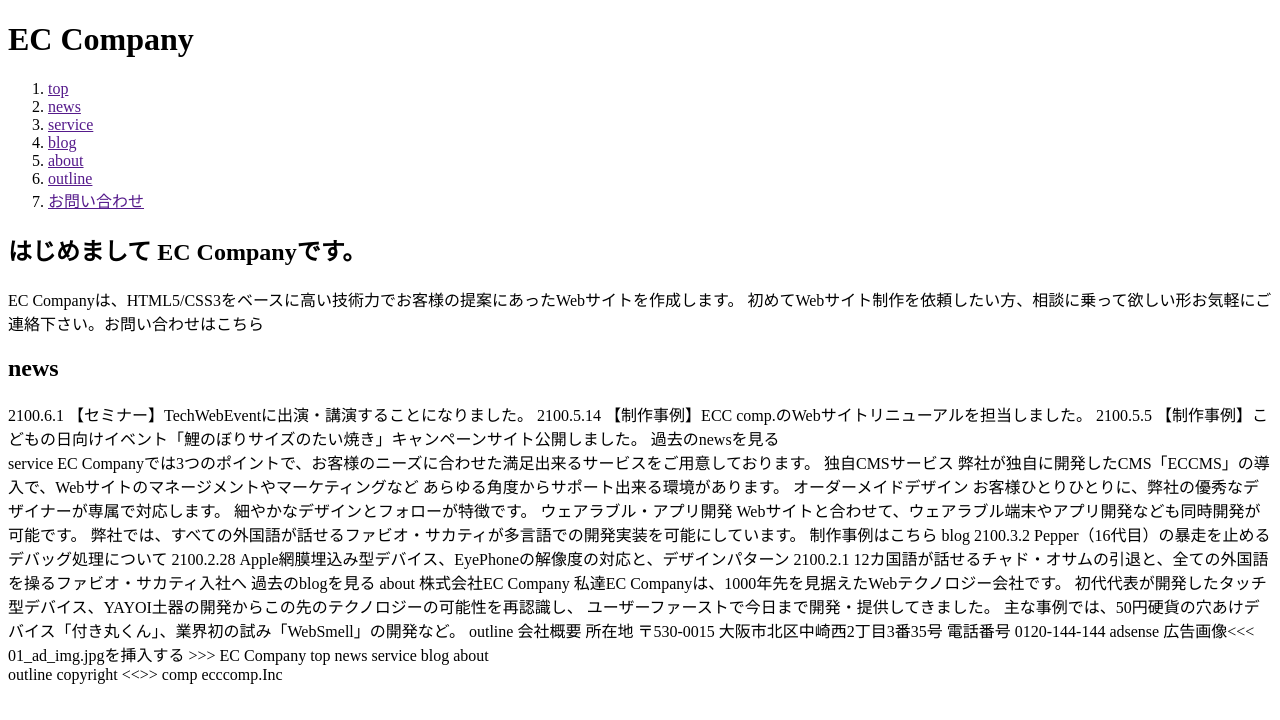
Repository: hsn320/html-practice
Page: html2/work01/work01.html
The author's editor kept a copy of each file at every save. The page is drawn from the files as they stood at one save, then again after the next save.
The browser window is 1280 px wide. The pictures show the whole page.

Above is the page before, as saved 2025-10-01 22:42:55.

### html2/work01/work01.html
<!DOCTYPE html>
<html lang="en">
<head>
    <meta charset="UTF-8">
    <meta name="viewport" content="width=device-width, initial-scale=1.0">
    <title>EC Company</title>
</head>
<body>
    <header>
        <h1>EC Company</h1>
        <nav>
            <ol>
                <li><a href="">top</a></li>
                <li><a href="">news</a></li>
                <li><a href="">service</a></li>
                <li><a href="">blog</a></li>
                <li><a href="">about</a></li>
                <li><a href="">outline</a></li>
                <li><a href="">お問い合わせ</a></li>
            </ol>
        </nav>
    </header>
    <main>
    <section>
        <h2>はじめまして EC Companyです。</h2>
        <p>
            EC Companyは、HTML5/CSS3をベースに高い技術力でお客様の提案にあったWebサイトを作成します。
            初めてWebサイト制作を依頼したい方、相談に乗って欲しい形お気軽にご連絡下さい。お問い合わせはこちら
        </p>
    </section>
    <section>
        <h2>news</h2>
        2100.6.1
        【セミナー】TechWebEventに出演・講演することになりました。
        2100.5.14
        【制作事例】ECC comp.のWebサイトリニューアルを担当しました。
        2100.5.5
        【制作事例】こどもの日向けイベント「鯉のぼりサイズのたい焼き」キャンペーンサイト公開しました。
        過去のnewsを見る
    </section>

    service
    EC Companyでは3つのポイントで、お客様のニーズに合わせた満足出来るサービスをご用意しております。
    独自CMSサービス

    弊社が独自に開発したCMS「ECCMS」の導入で、Webサイトのマネージメントやマーケティングなど あらゆる角度からサポート出来る環境があります。
    オーダーメイドデザイン

    お客様ひとりひとりに、弊社の優秀なデザイナーが専属で対応します。 細やかなデザインとフォローが特徴です。
    ウェアラブル・アプリ開発

    Webサイトと合わせて、ウェアラブル端末やアプリ開発なども同時開発が可能です。 弊社では、すべての外国語が話せるファビオ・サカティが多言語での開発実装を可能にしています。

    制作事例はこちら

    blog
    2100.3.2
    Pepper（16代目）の暴走を止めるデバッグ処理について
    2100.2.28
    Apple網膜埋込み型デバイス、EyePhoneの解像度の対応と、デザインパターン
    2100.2.1
    12カ国語が話せるチャド・オサムの引退と、全ての外国語を操るファビオ・サカティ入社へ

    過去のblogを見る

    about
    株式会社EC Company

    私達EC Companyは、1000年先を見据えたWebテクノロジー会社です。 初代代表が開発したタッチ型デバイス、YAYOI土器の開発からこの先のテクノロジーの可能性を再認識し、 ユーザーファーストで今日まで開発・提供してきました。 主な事例では、50円硬貨の穴あけデバイス「付き丸くん」、業界初の試み「WebSmell」の開発など。

    outline
    会社概要
    所在地
    〒530-0015 大阪市北区中崎西2丁目3番35号
    電話番号
    0120-144-144

    adsense
    広告画像<<< 01_ad_img.jpgを挿入する >>>

    EC Company
    top
    news
    service
    blog
    about
    </main>
outline

copyright <<<copyrightマークに差し替え>>> comp ecccomp.Inc
</body>
</html>

After the next save:
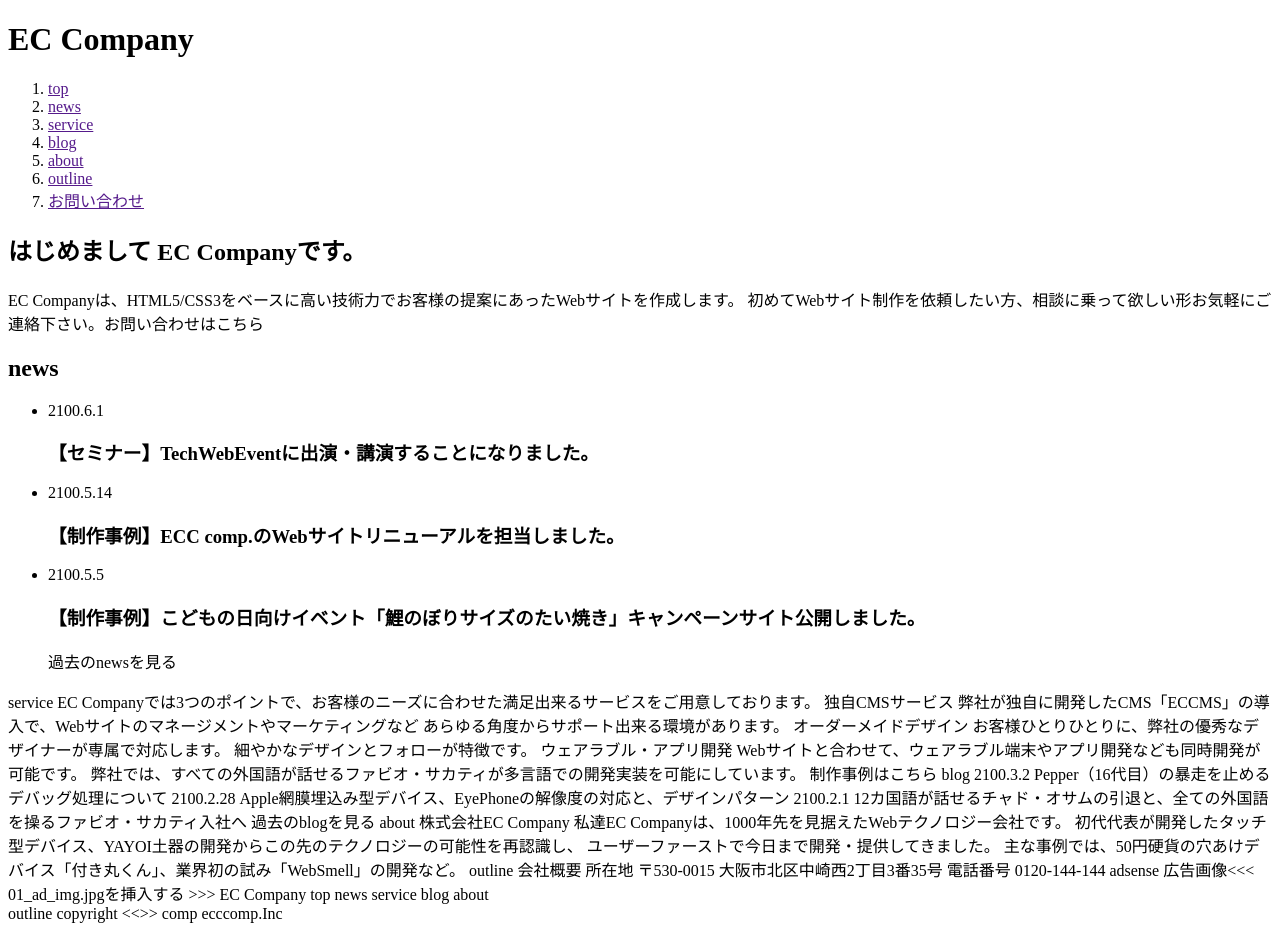
Saved 4 min 2 s later.
--- a/html2/work01/work01.html
+++ b/html2/work01/work01.html
@@ -30,13 +30,27 @@
     </section>
     <section>
         <h2>news</h2>
-        2100.6.1
-        【セミナー】TechWebEventに出演・講演することになりました。
-        2100.5.14
-        【制作事例】ECC comp.のWebサイトリニューアルを担当しました。
-        2100.5.5
-        【制作事例】こどもの日向けイベント「鯉のぼりサイズのたい焼き」キャンペーンサイト公開しました。
-        過去のnewsを見る
+        <ul>
+            <li>
+                <article>
+                    <time datetime="2100.6.1">2100.6.1</time>
+                    <h3>【セミナー】TechWebEventに出演・講演することになりました。</h3>
+                </article>
+            </li>
+            <li>
+                <article>
+                    <time datetime="2100.5.14">2100.5.14</time>
+                    <h3>【制作事例】ECC comp.のWebサイトリニューアルを担当しました。</h3>
+                </article>
+            </li>
+            <li>
+                <article>
+                    <time datetime="2100.5.5">2100.5.5</time>
+                    <h3>【制作事例】こどもの日向けイベント「鯉のぼりサイズのたい焼き」キャンペーンサイト公開しました。</h3>
+                </article>
+            </li>
+            <p>過去のnewsを見る</p>
+        </ul>
     </section>
 
     service
